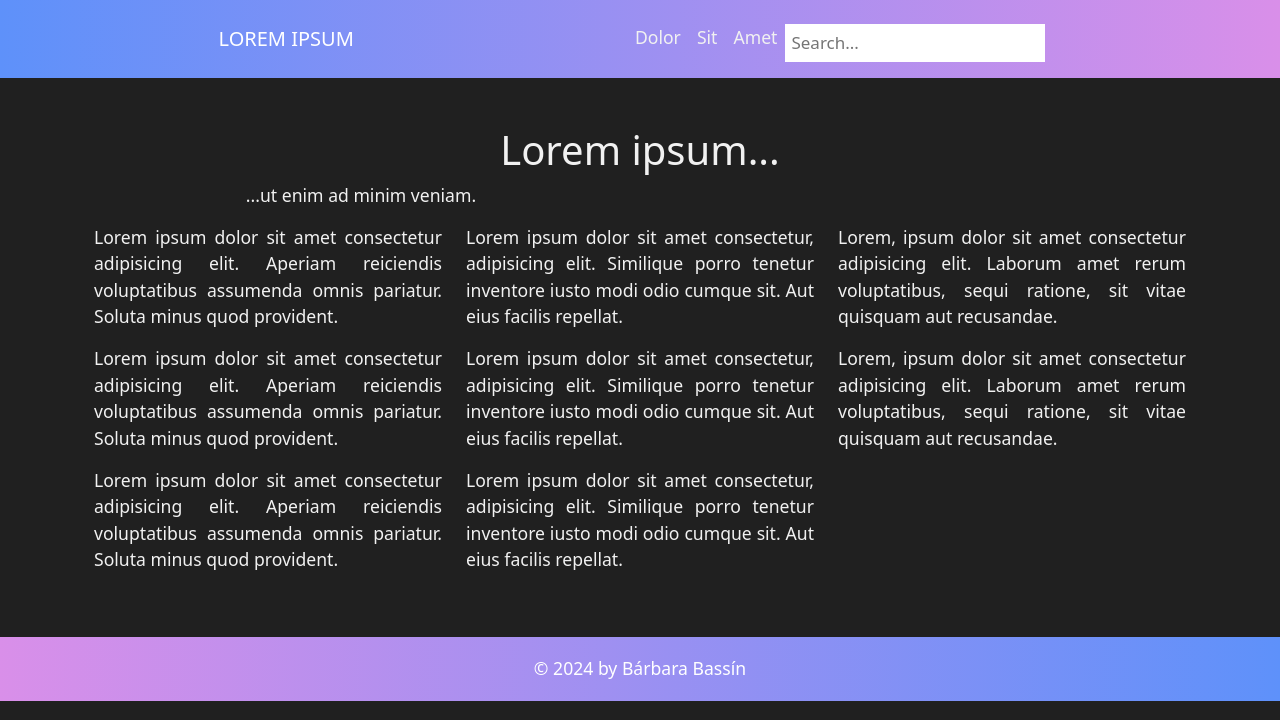
Repository: romancegirl/responsiveness
Page: index.html
The author's editor kept a copy of each file at every save. The page is drawn from the files as they stood at one save, then again after the next save.
The browser window is 1280 px wide. The pictures show the whole page.

Above is the page before, as saved 2024-11-19 19:24:38.

After the next save:
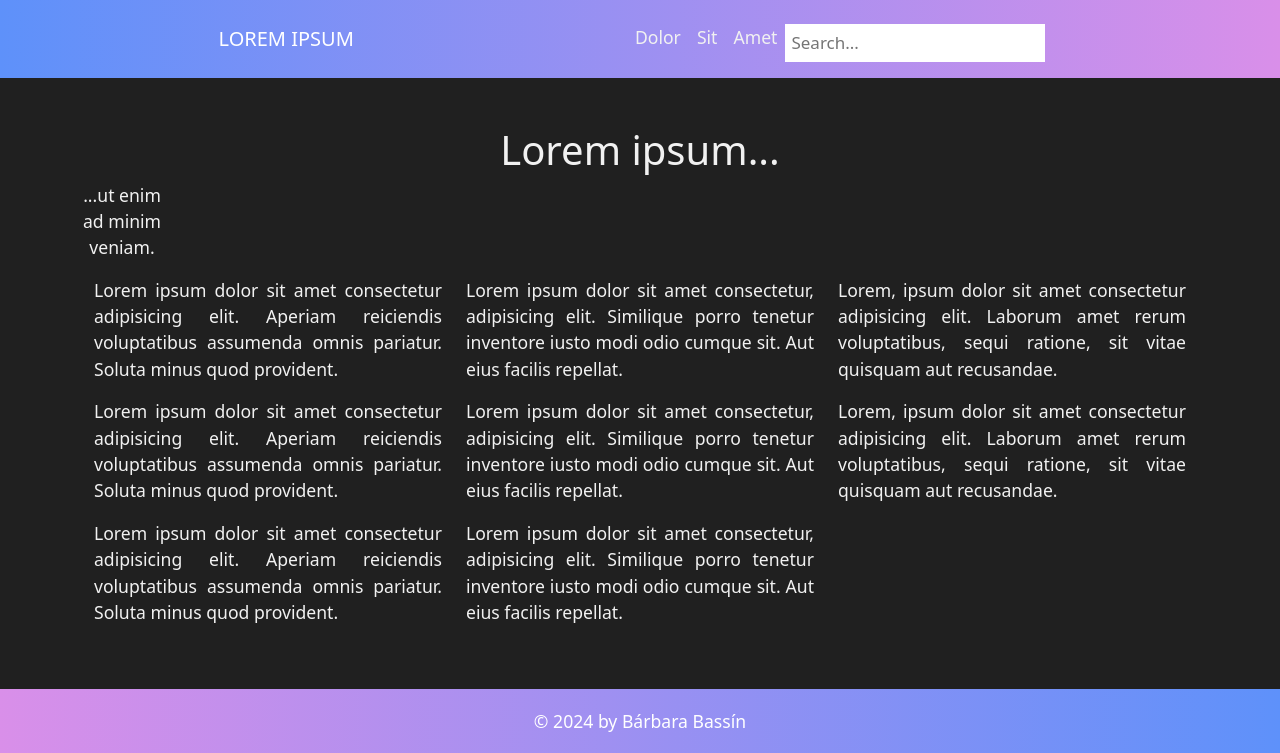
Saved 95 s later.
--- a/css/styles.css
+++ b/css/styles.css
@@ -41,7 +41,8 @@ h4 {
 /* General */
 
 #textCarousel {
-    width: 50%;
+    width: 5rem;
+    margin: auto 0;
 }
 
 p {
